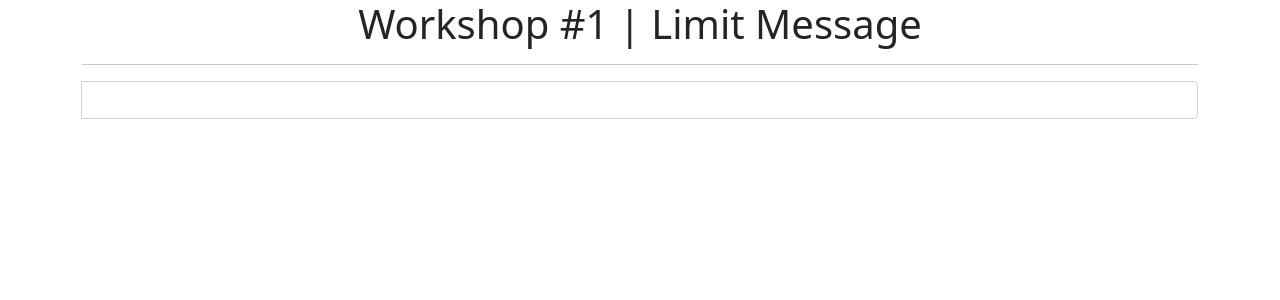
Repository: sawankapatu/vue-cli
Page: /
An editor plug-in stored every save of this project. The page is shown before and after the next save, followed by the edit.
The browser window is 1280 px wide. The pictures show the whole page.
The project was rebuilt for these pictures with package versions that can differ from the ones it lists, and the page was loaded fresh each time.

Above is the page before, as saved 2021-11-01 22:40:41.

### src/App.vue
<template>
  <div id="app">
    <div class="container">
      <h1 align="center">Workshop #1 | Limit Message</h1>
      <hr>
      <div class="input-group">
        <div class="input-group-prepend"></div>
        <input type="text" class="form-control">
      </div>
    </div>
  </div>
</template>

<script>
export default {
  name: 'App',
}
</script>

Loaded but not shown: public/index.html (common file); src/main.js (common file)

After the next save:
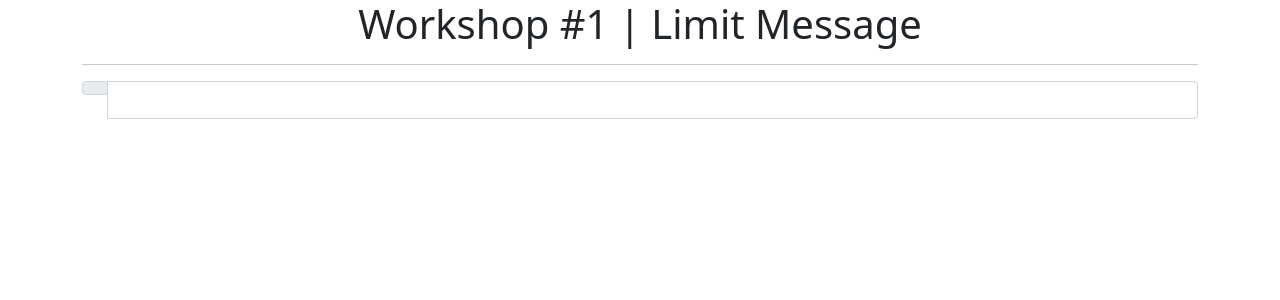
Saved 110 s later.
--- a/src/App.vue
+++ b/src/App.vue
@@ -4,7 +4,9 @@
       <h1 align="center">Workshop #1 | Limit Message</h1>
       <hr>
       <div class="input-group">
-        <div class="input-group-prepend"></div>
+        <div class="input-group-prepend">
+          <span class="input-group-text"></span>
+        </div>
         <input type="text" class="form-control">
       </div>
     </div>
